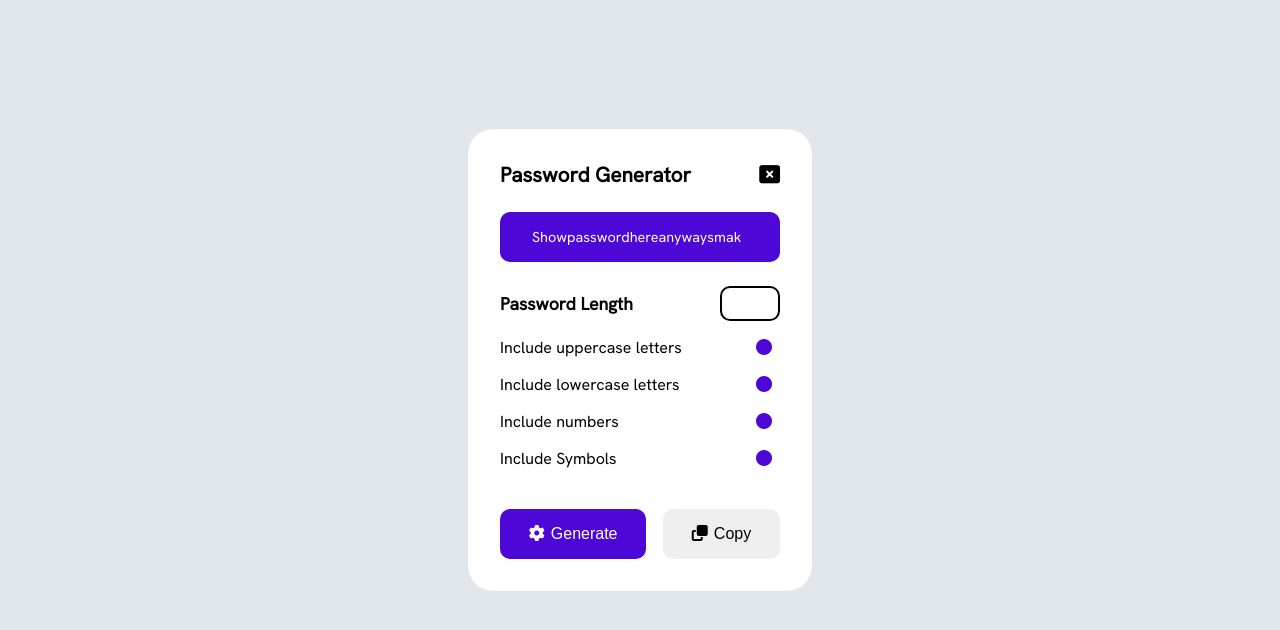
Repository: emiliaiwu/password_generator
Page: index.html
These files come from the project's save history. The page is drawn as it stood at one moment and after the next save; the edit follows.
The browser window is 1280 px wide. The pictures show the whole page.
Some web libraries are served in a nearby version.

Above is the page before, as saved 2022-12-14 05:09:14.

### index.html
<!DOCTYPE html>
<html lang="en">
<head>
    <meta charset="UTF-8">
    <meta http-equiv="X-UA-Compatible" content="IE=edge">
    <meta name="viewport" content="width=device-width, initial-scale=1.0">
    <link rel="stylesheet" href="style.css">
    <script src="https://kit.fontawesome.com/fd9c36575f.js" crossorigin="anonymous"></script>
    <title>Password Generator</title>
</head>
<body>
    <div class="container">
        <div class="title">
            <h2>Password Generator</h2>
            <i class="fa-solid fa-rectangle-xmark"></i>
        </div>

        <div class="display_password">
            <p>Showpasswordhereanywaysmak</p>
        </div>

        <div class="password_attributes">
            <div class="password_length">
                <h3>Password Length</h3>
                <input type="text">
            </div>

            <div class="password_includes">
                <ul>
                    <li class="list">
                        <label for="uppercase" id="uppercase_letters">Include uppercase letters
                            <i class="fa-solid fa-circle"></i>
                            <i class="fa-solid fa-circle-check"></i>
                            <input type="checkbox" name="uppercase" id="uppercase" class="uppercase">
                        </label>
                    </li>
                    <li class="list">
                        <label for="lowercase" id="lowercase_letters">Include lowercase letters
                            <i class="fa-solid fa-circle"></i>
                            <i class="fa-solid fa-circle-check"></i>
                            <input type="checkbox" name="lowercase" id="lowercase" class="lowercase">
                        </label>
                    </li>
                    <li class="list">
                        <label for="numbers" id="include_numbers">Include numbers
                            <i class="fa-solid fa-circle"></i>
                            <i class="fa-solid fa-circle-check"></i>
                            <input type="checkbox" name="numbers" id="numbers" class="numbers">
                        </label>

                    </li>
                    <li class="list">
                        <label for="symbols" id="include_symbols">Include Symbols
                            <i class="fa-solid fa-circle"></i>
                            <i class="fa-solid fa-circle-check"></i>
                            <input type="checkbox" name="symbols" id="symbols" class="symbols">
                        </label>

                    </li>
                </ul>
            </div>
        </div>

        <div class="cta">
            <button class="btn generate"><i class="fa-solid fa-gear"></i>Generate</button>
            <button class="btn copy"><i class="fa-solid fa-clone"></i>Copy</button>
        </div>
    </div>
</body>
</html>

### style.css
@import url('https://fonts.googleapis.com/css2?family=Hanken+Grotesk:wght@300;400&display=swap');


* {
    margin: 0;
    padding: 0;
    box-sizing: border-box;
    list-style-type: none;
}


:root {
    --BG-COLOR: #fff;
    --BG-COLOR2:
}


body {
    width: 100vw;
    height: 100vh;
    font-family: 'Hanken Grotesk', sans-serif;
    display: flex;
    align-items: center;
    justify-content: center;
    color: #000;
    background-color: rgb(224, 230, 236);
}

.container {
    background-color: var(--BG-COLOR);
    display: flex;
    flex-direction: column;
    align-items: left;
    justify-content: space-between;
    gap: 1.5rem;
    padding: 2rem;
    border-radius: 25px;

}

h2 {
   font-size: 1.3rem;
   font-family: inherit;
}

h3 {
    font-size: 1.1rem;
    font-family: inherit;
}

.title,
label,
.password_length,
.cta {
    display: flex;
    align-items: center;
    justify-content: space-between;
}

.fa-rectangle-xmark {
    font-size: 1.3rem;
}

.display_password {
    padding: 1rem 2rem;
    width: 280px;
    border-radius: 10px;
    background: #4d08d8;
    color: #fff;
    overflow: hidden;
}

.display_password p {
    font-size: .9rem;
    word-wrap: break-word;
}

.password_length {
    margin-bottom: 1rem;
}

.password_length input[type="text"] {
    width: 60px;
    padding: .3rem .8rem;
    font-size: 1.1rem;
    border: 2px solid #000;
    border-radius: 10px;
}

.password_length input[type="text"]:focus {
    outline: none;
}

.list {
    margin-top: 1rem;
}

.list input[type="checkbox"] {
    /* width: 20px; */
    padding: 1rem;

}

label {
     position: relative;
}

.list .fa-solid {
    position: absolute;
    top: 50%;
    right: 0;
    transform: translate(-50%, -50%);
}

.fa-circle {
    color: #4d08d8;
}

.fa-circle-check{
    opacity: 0;
}

.list input {
    opacity: 0;
}


/* CHECKED */




.btn {
    margin-top: 1rem;
    padding: 1rem 1.8rem;
    font-size: 1rem;
    border: none;
    border-radius: 10px;

}

.generate {
    background-color:#4d08d8;
    color: #fff;
}

.btn .fa-solid {
    margin-right: 6px;
}

After the next save:
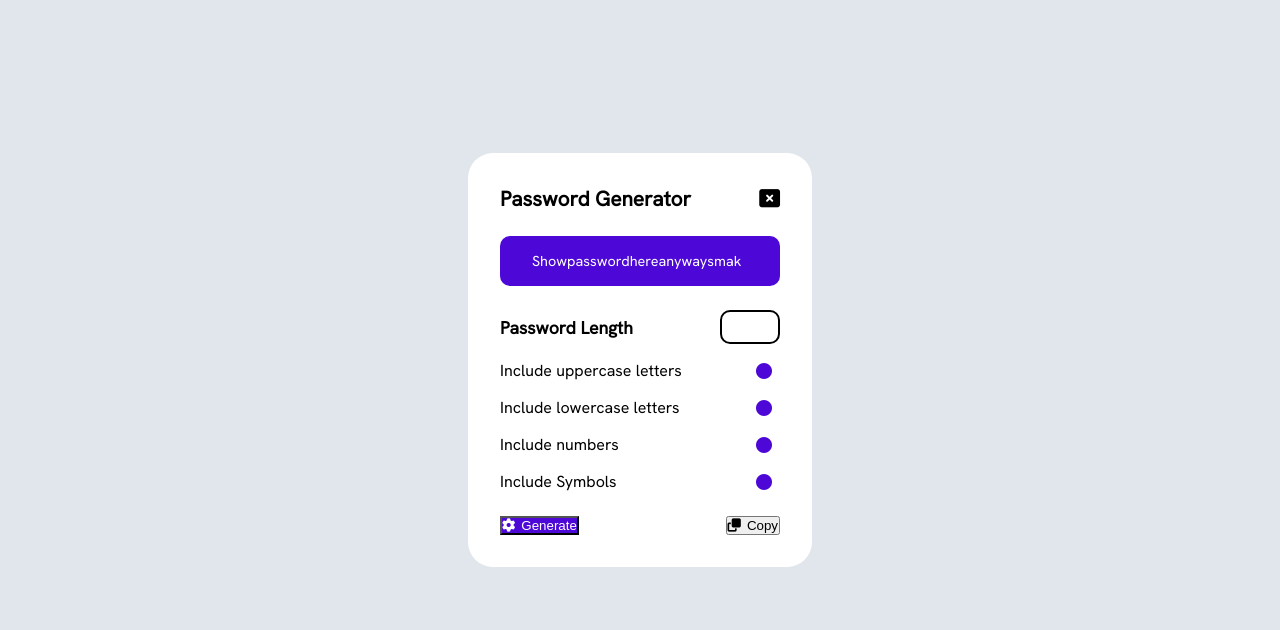
Saved 30 s later.
--- a/style.css
+++ b/style.css
@@ -127,7 +127,7 @@ label {
 
 /* CHECKED */
 
-
+.list
 
 
 .btn {
